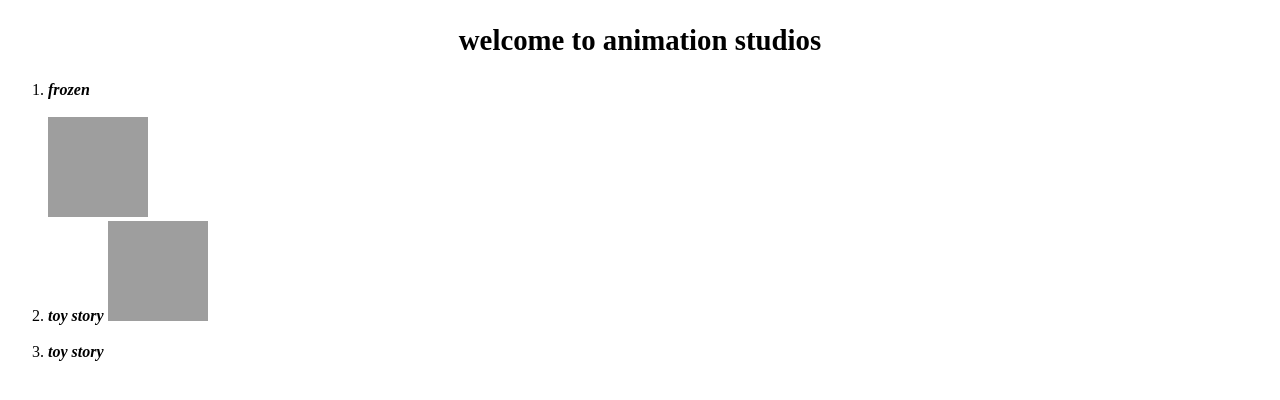
Repository: Rock-ass/New-folder--2-
Page: index.html
These files come from the project's save history. The page is drawn as it stood at one moment and after the next save; the edit follows.
The browser window is 1280 px wide. The pictures show the whole page.
Pictures or frames that could not be fetched are drawn as grey boxes.

Above is the page before, as saved 2021-12-24 21:29:08.

After the next save:
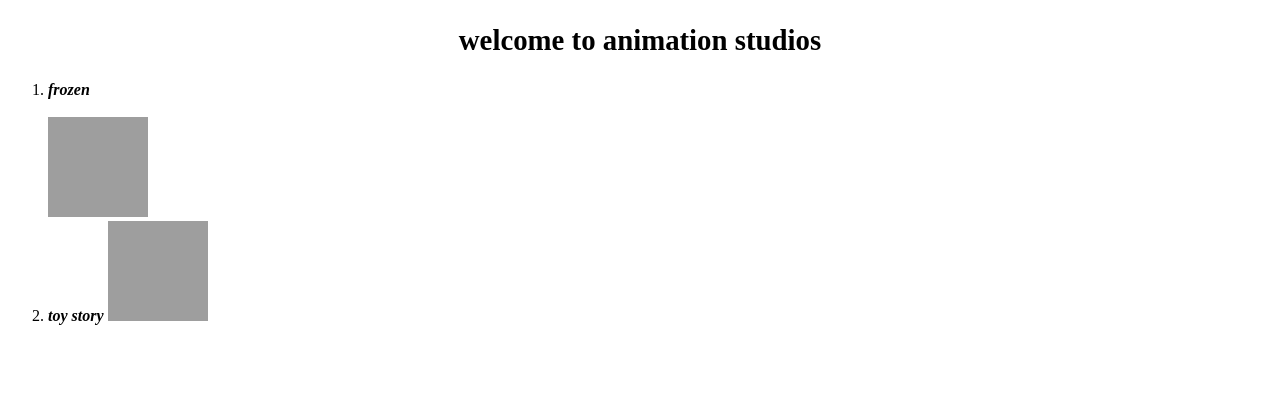
Saved 12 s later.
--- a/index.html
+++ b/index.html
@@ -44,9 +44,6 @@
 <br>
 
 
-<li>
-<strong><i> toy story</i></strong>
-</li>
 
 
 
